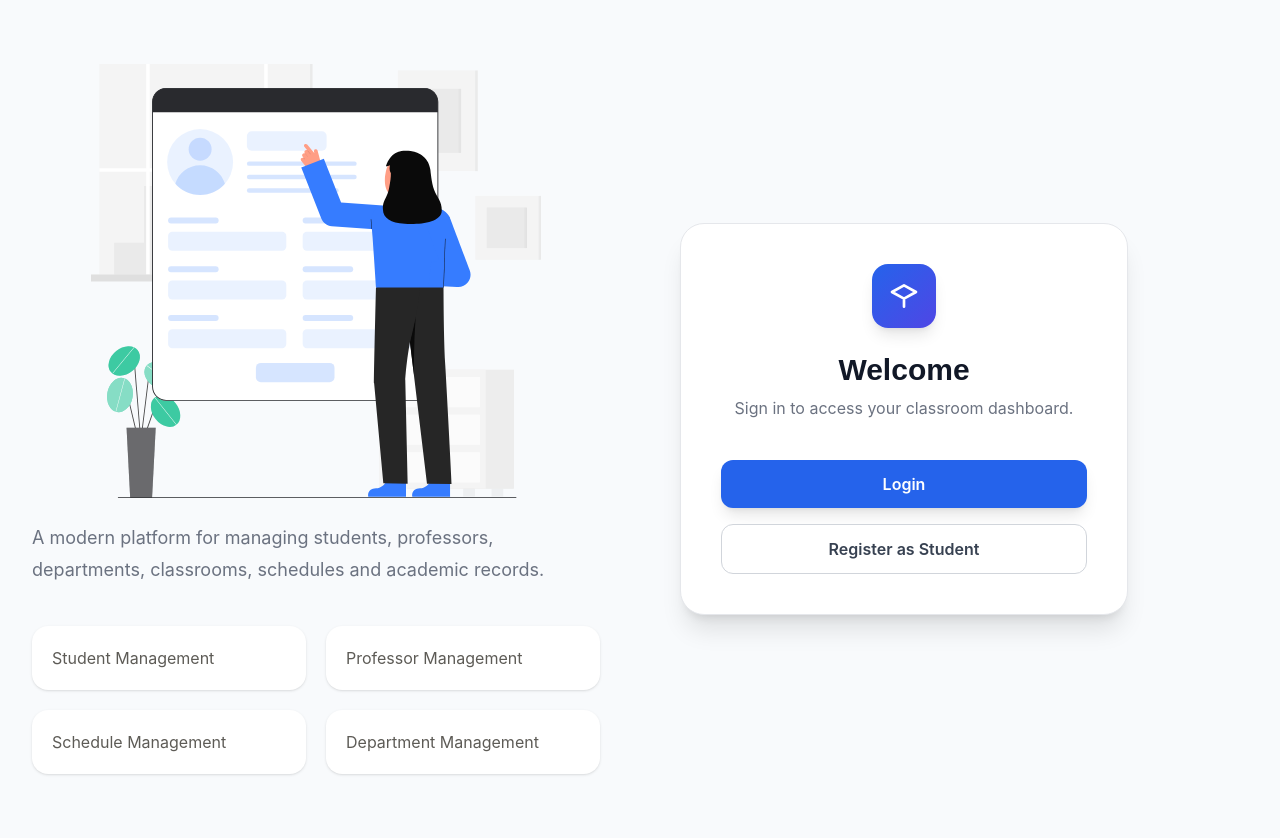
Repository: Chocovcandy/Classroom_Management_System
Page: http://localhost/Login_page
These files come from the project's save history. The page is drawn as it stood at one moment and after a run of saves; the edit follows.
The browser window is 1280 px wide. The pictures show the whole page.
Some web libraries are served in a nearby version. The page is served by the project's Laravel application, run on PHP 8.4 with Laravel 12. Other server files are loaded and not shown.

Above is the page before, as saved 2026-08-12 11:06:12.

### routes/web.php
<?php

use App\Http\Controllers\ProfileController;
use App\Http\Controllers\RoleSelectController;
use Illuminate\Support\Facades\Route;
use App\Http\Controllers\Admin\DepartmentController;
use App\Http\Controllers\Admin\UserController;

//public routes
Route::get('/', function () {
    return view('welcome');
})->name('welcome');

Route::get('/Login_page', function () {
    return view('Login_page');
})->name('Login_page');


// Authentication routes (login, register, etc.) are provided by Breeze
Route::middleware(['auth'])->group(function () {

    // Role selection (after login)
    Route::get('/role/select', [RoleSelectController::class, 'show'])
        ->name('role.select');

    Route::post('/role/select', [RoleSelectController::class, 'store'])
        ->name('role.select.store');

    // Profile (any logged-in user)
    Route::controller(ProfileController::class)->group(function () {
        Route::get('/profile', 'edit')->name('profile.edit');
        Route::patch('/profile', 'update')->name('profile.update');
        Route::delete('/profile', 'destroy')->name('profile.destroy');
    });

    // Admin routes
    Route::prefix('admin')
        ->name('admin.')
        ->middleware(['role:Admin'])
        ->group(function () {

            Route::view('/dashboard', 'admin.dashboard')
                ->name('dashboard');

            Route::resource('users', UserController::class);
            Route::resource('departments', DepartmentController::class);
        });

 // Dean rputes
    Route::prefix('dean')
        ->name('dean.')
        ->middleware(['role:Dean'])
        ->group(function () {
            Route::view('/dashboard', 'dean.dashboard')
                ->name('dashboard');
        });

    //HoD routes
    Route::prefix('hod')
        ->name('hod.')
        ->middleware(['role:HoD'])
        ->group(function () {
            Route::view('/dashboard', 'hod.dashboard')
                ->name('dashboard');
        });

    // Professor routes
    Route::prefix('professor')
        ->name('professor.')
        ->middleware(['role:Professor'])
        ->group(function () {
            Route::view('/dashboard', 'professor.dashboard')
                ->name('dashboard');
        });

    // Student routes
    Route::prefix('student')
        ->name('student.')
        ->middleware(['role:Student'])
        ->group(function () {
            Route::view('/dashboard', 'student.dashboard')
                ->name('dashboard');
        });


});

require __DIR__.'/auth.php';

### resources/views/Login_page.blade.php
<!DOCTYPE html>
<html lang="en">

<head>
    <meta charset="UTF-8">
    <meta name="viewport" content="width=device-width, initial-scale=1.0">
    <!--=============== BOXICONS ===============-->
    <link rel="stylesheet" href="https://cdn.jsdelivr.net/npm/boxicons@latest/css/boxicons.min.css">

    <link rel="stylesheet" href="/assets/css/login_style.css">
    <link rel="stylesheet" href="/assets/css/welcome_style.css">

    <title>Classroom Management System</title>

    <!-- Tailwind CDN (quick setup) -->
    <script src="https://cdn.tailwindcss.com"></script>
</head>
<body>


            <div class="min-h-screen bg-slate-50">


                <div class="max-w-7xl mx-auto px-8 py-16 grid lg:grid-cols-2 gap-20 items-center">
                    <div>

                        <div class="img_svg8">
                            <x-icons.form />
                        </div>

                        <p class="mt-6 text-lg text-gray-500 leading-8">

                            A modern platform for managing students,
                            professors, departments, classrooms,
                            schedules and academic records.

                        </p>

                        <div class="grid grid-cols-2 gap-5 mt-10">

                            <div class="bg-white rounded-2xl p-5 shadow">
                                Student Management
                            </div>

                            <div class="bg-white rounded-2xl p-5 shadow">
                                Professor Management
                            </div>

                            <div class="bg-white rounded-2xl p-5 shadow">
                                Schedule Management
                            </div>

                            <div class="bg-white rounded-2xl p-5 shadow">
                                Department Management
                            </div>

                        </div>

                    </div>


                    <!-- Right -->

                    <div class="w-full max-w-md bg-white rounded-3xl border border-gray-200 shadow-xl p-10">

                        <!-- Header -->
                        <div class="text-center">

                            <div
                                class="mx-auto flex h-16 w-16 items-center justify-center rounded-2xl bg-gradient-to-br from-blue-600 to-indigo-600 shadow-lg">
                                <svg xmlns="http://www.w3.org/2000/svg" class="h-8 w-8 text-white" fill="none"
                                    viewBox="0 0 24 24" stroke="currentColor">

                                    <path stroke-linecap="round" stroke-linejoin="round" stroke-width="2"
                                        d="M12 14l9-5-9-5-9 5 9 5zm0 0v6m0-6L3 9m9 5l9-5" />

                                </svg>
                            </div>

                            <h2 class="mt-6 text-3xl font-bold text-gray-900">
                                Welcome
                            </h2>

                            <p class="mt-2 text-gray-500">
                                Sign in to access your classroom dashboard.
                            </p>

                        </div>

                        @guest

                            <div class="mt-10 space-y-4">

                                <a href="{{ route('login') }}"
                                    class="flex items-center justify-center rounded-xl bg-blue-600 py-3 font-semibold text-white shadow-lg hover:bg-blue-700 hover:shadow-xl transition duration-300">

                                    Login

                                </a>

                                @if (Route::has('register'))

                                    <a href="{{ route('register') }}"
                                        class="flex items-center justify-center rounded-xl border border-gray-300 bg-white py-3 font-semibold text-gray-700 hover:bg-gray-50 transition duration-300">

                                        Register as Student

                                    </a>

                                @endif

                            </div>

                        @endguest


                        @auth

                            @php
                                $role = auth()->user()->roles->first()->role_name ?? 'User';
                            @endphp

                            <div class="mt-8">

                                <!-- User Card -->
                                <div class="rounded-2xl bg-slate-50 border border-slate-200 p-5 text-center">

                                    <div
                                        class="mx-auto flex h-14 w-14 items-center justify-center rounded-full bg-blue-100 text-blue-700 font-bold text-xl">

                                        {{ strtoupper(substr(auth()->user()->name, 0, 1)) }}

                                    </div>

                                    <h3 class="mt-4 text-xl font-semibold text-gray-900">
                                        {{ auth()->user()->name }}
                                    </h3>

                                    <span
                                        class="inline-flex mt-2 rounded-full bg-blue-100 px-3 py-1 text-sm font-medium text-blue-700">

                                        {{ $role }}

                                    </span>

                                </div>

                                <!-- Dashboard Button -->

                                @if ($role === 'Admin')
                                <a href="{{ route('admin.dashboard') }}" @elseif ($role === 'Dean')
                                href="{{ route('dean.dashboard') }}" @elseif ($role === 'HoD')
                                    href="{{ route('hod.dashboard') }}" @elseif ($role === 'Professor')
                                    href="{{ route('professor.dashboard') }}" @elseif ($role === 'Student')
                                    href="{{ route('student.dashboard') }}" @endif
                                    class="mt-6 flex justify-center rounded-xl bg-emerald-600 py-3 font-semibold text-white shadow-lg hover:bg-emerald-700 transition">

                                    Go to Dashboard

                                </a>

                                <form method="POST" action="{{ route('logout') }}" class="mt-4">
                                    @csrf

                                    <button type="submit"
                                        class="w-full rounded-xl border border-red-300 py-3 font-medium text-red-600 hover:bg-red-50 transition">

                                        Logout

                                    </button>

                                </form>

                            </div>

                        @endauth

                    </div>
                </div>



            </div>

    </div>


</body>

</html>

### public/assets/css/login_style.css
.img_svg8 svg {
    display: block;
    width: 100%;
    max-width: 450px;
    margin: 0 auto 0px;
}

Loaded but not shown: routes/auth.php (common file); app/Http/Controllers/Auth/EmailVerificationPromptController.php (common file); app/Http/Controllers/Controller.php (common file); app/Http/Controllers/Auth/VerifyEmailController.php (common file); resources/views/components/icons/form.blade.php (142 lines, source omitted); public/assets/css/welcome_style.css (941 lines, source omitted)

After the next 2 saves:
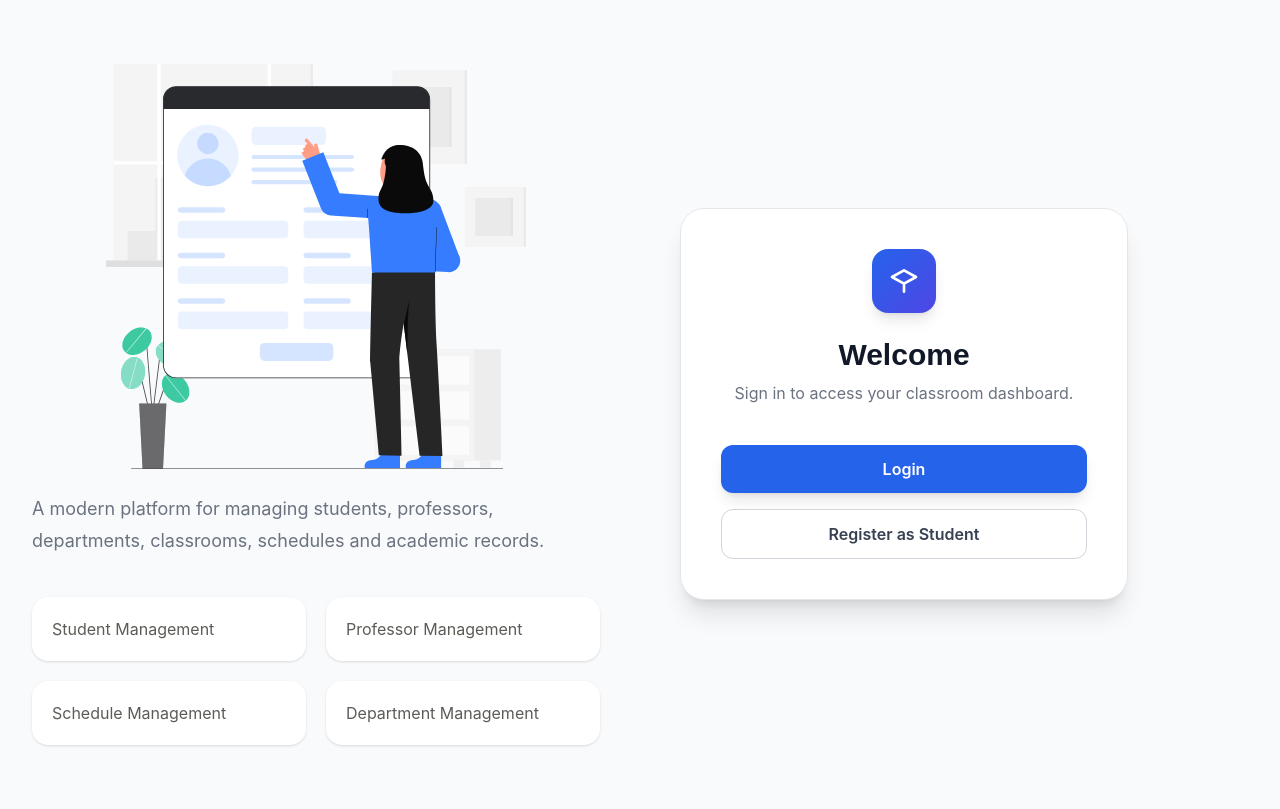
The 2 saves are shown as one change because they came seconds apart.
The last was saved 12 s later.
--- a/public/assets/css/login_style.css
+++ b/public/assets/css/login_style.css
@@ -1,6 +1,6 @@
 .img_svg8 svg {
     display: block;
     width: 100%;
-    max-width: 450px;
+    max-width: 420px;
     margin: 0 auto 0px;
 }
